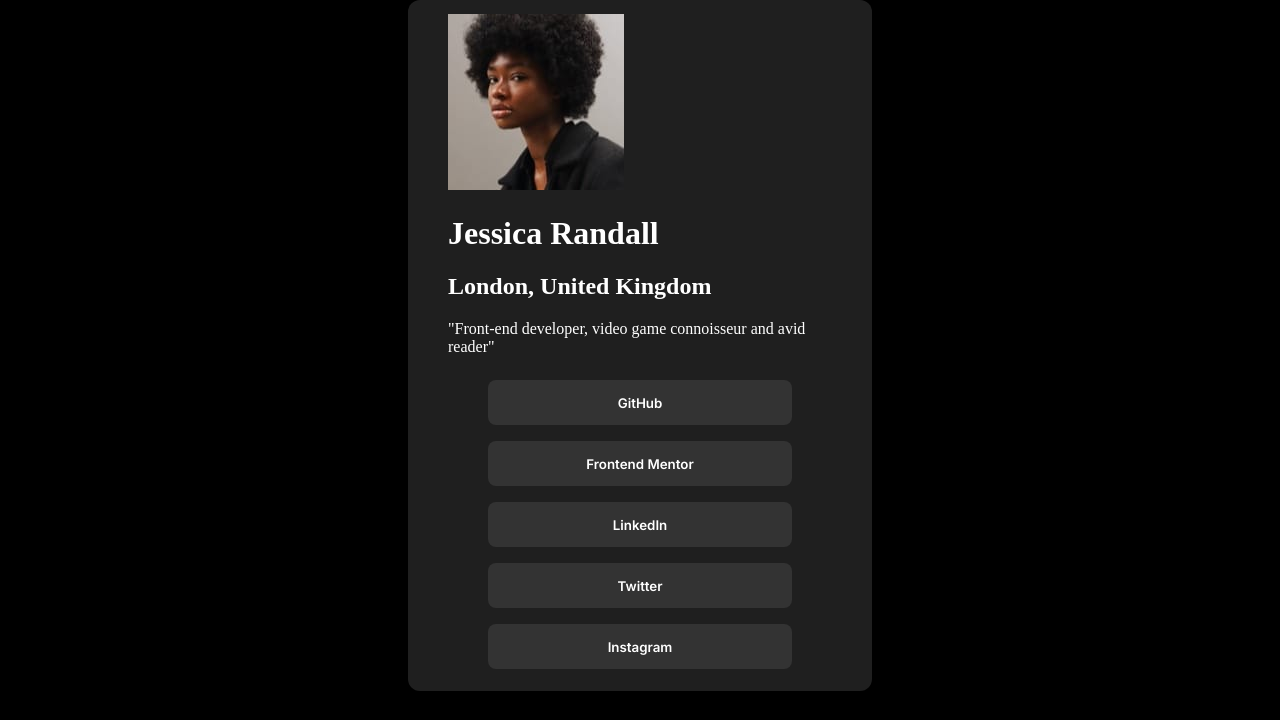
Repository: brandontaylor1/social-links-profile
Page: index.html
An editor plug-in stored every save of this project. The page is shown before and after the next save, followed by the edit.
The browser window is 1280 px wide. The pictures show the whole page.

Above is the page before, as saved 2024-12-25 17:12:44.

### index.html
<!DOCTYPE html>
<html lang="en">
<head>
    <meta charset="UTF-8">
    <meta name="viewport" content="width=device-width, initial-scale=1.0">
    <link rel="preconnect" href="https://fonts.googleapis.com">
    <link rel="preconnect" href="https://fonts.gstatic.com" crossorigin>
    <link href="https://fonts.googleapis.com/css2?family=Inter:ital,opsz,wght@0,14..32,100..900;1,14..32,100..900&display=swap" rel="stylesheet">
    <link rel="stylesheet" href="styles.css">
    <title>Social Links Profile</title>
</head>
<body>
    <main class="container">
        <div class="profile-content">
            <div class="img-container">
                <img src="./images/avatar-jessica.jpeg" alt="profile-pic">
            </div>
            <div class="profile-text">
                <h1>Jessica Randall</h1>
                <h2>London, United Kingdom</h2>
            </div>
            <p>"Front-end developer, video game connoisseur and avid reader"</p>
        </div>
        <div class="social-link-button-container">
            <button class="social-link-button"><a href="#">GitHub</a></button>
            <button class="social-link-button"><a href="#">Frontend Mentor</a></button>
            <button class="social-link-button"><a href="#">LinkedIn</a></button>
            <button class="social-link-button"><a href="#">Twitter</a></button>
            <button class="social-link-button"><a href="#">Instagram</a></button>
        </div>
    </main>

    <script src="index.js"></script>
</body>
</html>

### styles.css
:root {
    --gray-900: #141414;
    --gray-800: #1F1F1F;
    --gray-700: #333333;

    --color-white: #FFFFFF;
    --color-black: #000000;

    --color-green: #C4F82A;

}

body {
    box-sizing: border-box;
    margin: 0;
    padding: 0;
    background-color: black;
    display: flex;
    justify-content: center;
    align-items: center;
    background-color: var(--color-black);
}

.container {
    background-color: var(--gray-800);
    color: var(--color-white);
    display: flex;
    flex-direction: column;
    justify-content: center;
    align-items: center;
    border-radius: 12px;
    padding: 40px;
    width: 384px;
    height: 611px;
}


.social-link-button-container {
    display: flex;
    flex-direction: column;
    justify-content: center;
    align-items: center;

}

.social-link-button {
    width: 304px;
    height: 45px;
    background-color: var(--gray-700);
    color: var(--color-white);
    border: none;
    border-radius: 8px;
    margin: 8px;
    font-family: "Inter", sans-serif;
    font-weight: 600;

}

.social-link-button:hover {
    background-color: var(--color-green);

}

.social-link-button a:hover {
    color: var(--color-black);
}

a {
    text-decoration: none;
    color: var(--color-white);
}

Loaded but not shown: index.js (no stored copy; drawn as an empty file)

After the next save:
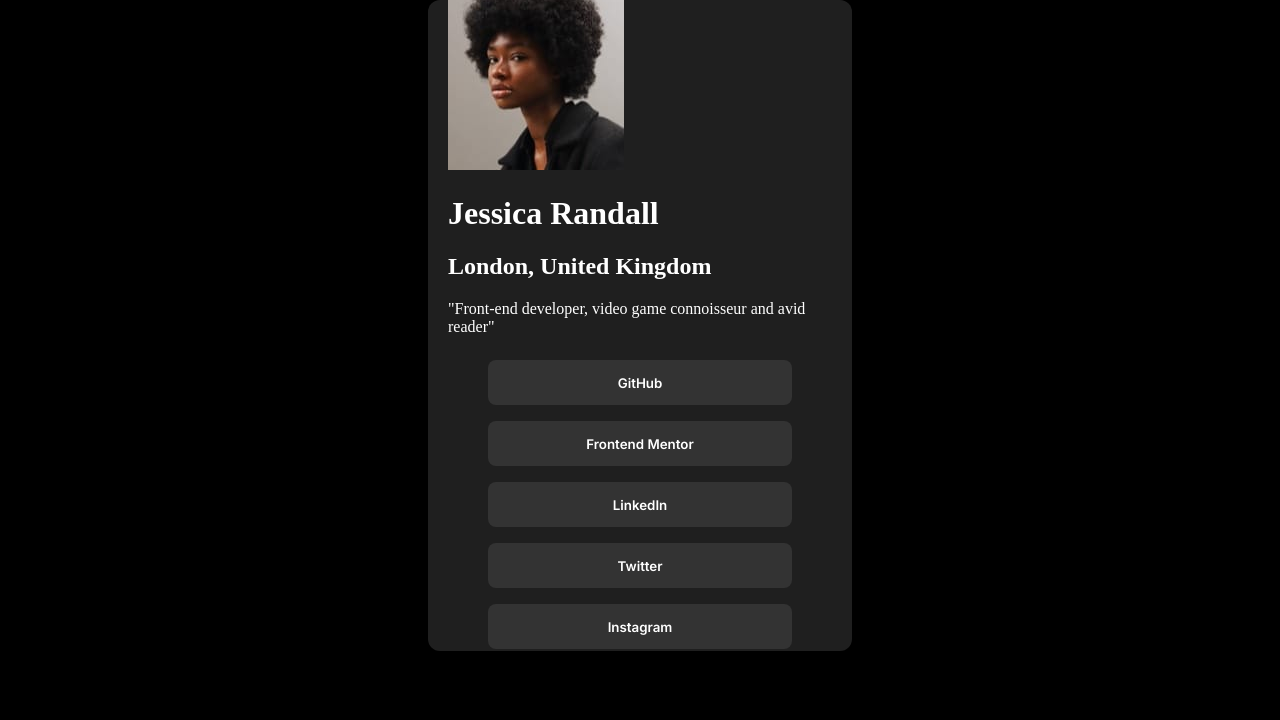
Saved 30 s later.
--- a/styles.css
+++ b/styles.css
@@ -29,7 +29,7 @@
     justify-content: center;
     align-items: center;
     border-radius: 12px;
-    padding: 40px;
+    padding: 20px;
     width: 384px;
     height: 611px;
 }

After the save that followed:
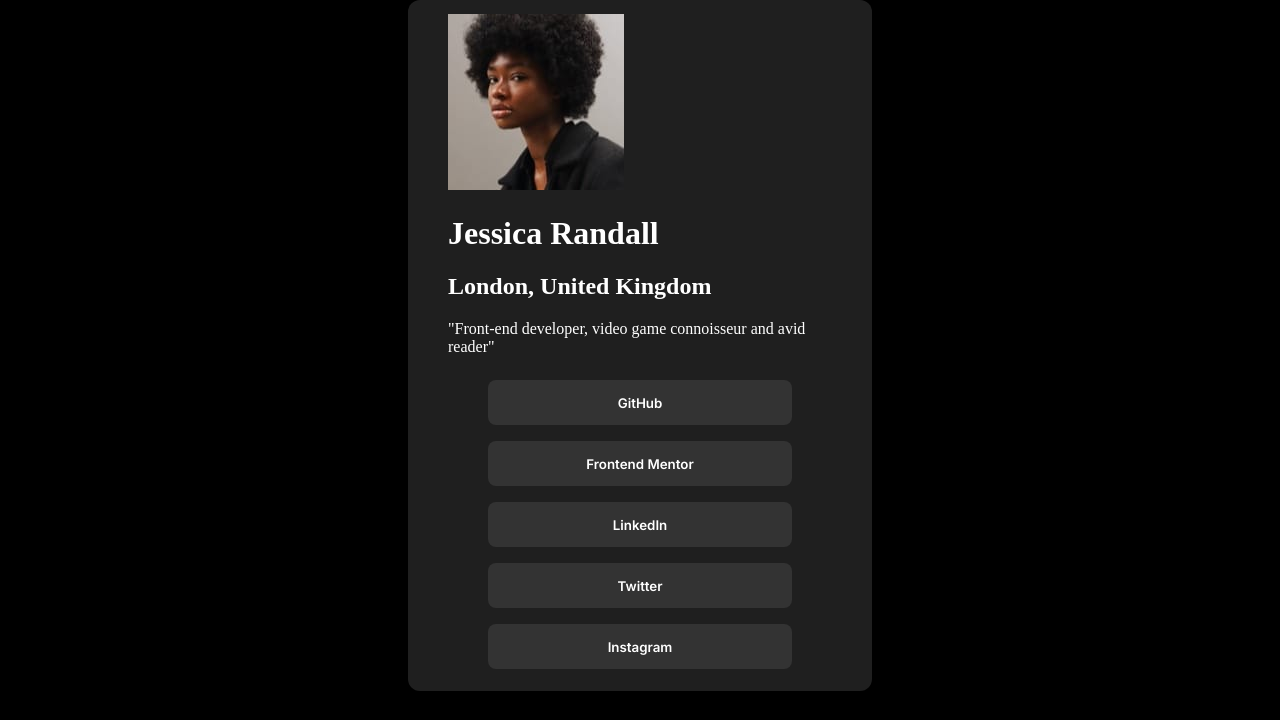
Saved 12 s later.
--- a/styles.css
+++ b/styles.css
@@ -29,7 +29,7 @@
     justify-content: center;
     align-items: center;
     border-radius: 12px;
-    padding: 20px;
+    padding: 40px;
     width: 384px;
     height: 611px;
 }
